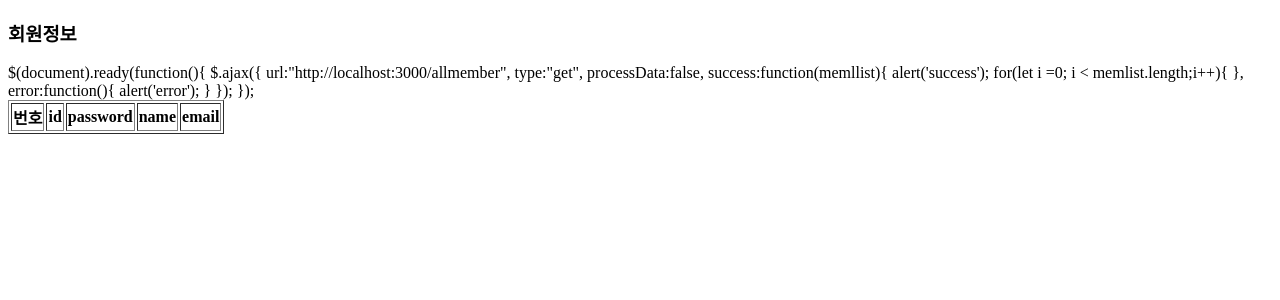
Repository: suhong99/SpringBootFront
Page: sample3/src/main/webapp/index.html
The author's editor kept a copy of each file at every save. The page is drawn from the files as they stood at one save, then again after the next save.
The browser window is 1280 px wide. The pictures show the whole page.

Above is the page before, as saved 2023-08-03 02:42:37.

After the next save:
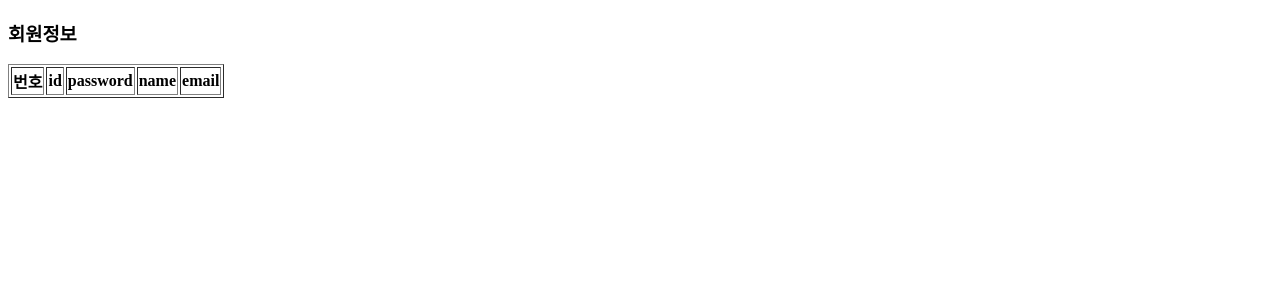
Saved 8 s later.
--- a/sample3/src/main/webapp/index.html
+++ b/sample3/src/main/webapp/index.html
@@ -16,23 +16,7 @@
 	</thead>
 	<tbody id="data>
 	</tbody>
-	<script type="text/javascript">
-		$(document).ready(function(){
-			$.ajax({
-				url:"http://localhost:3000/allmember",
-				type:"get",
-				processData:false,
-				success:function(memllist){
-					alert('success');
-					for(let i =0; i < memlist.length;i++){
 
-				},
-				error:function(){
-					alert('error');
-				}
-			});
-		});
-	</script>
 </table>
 
 
